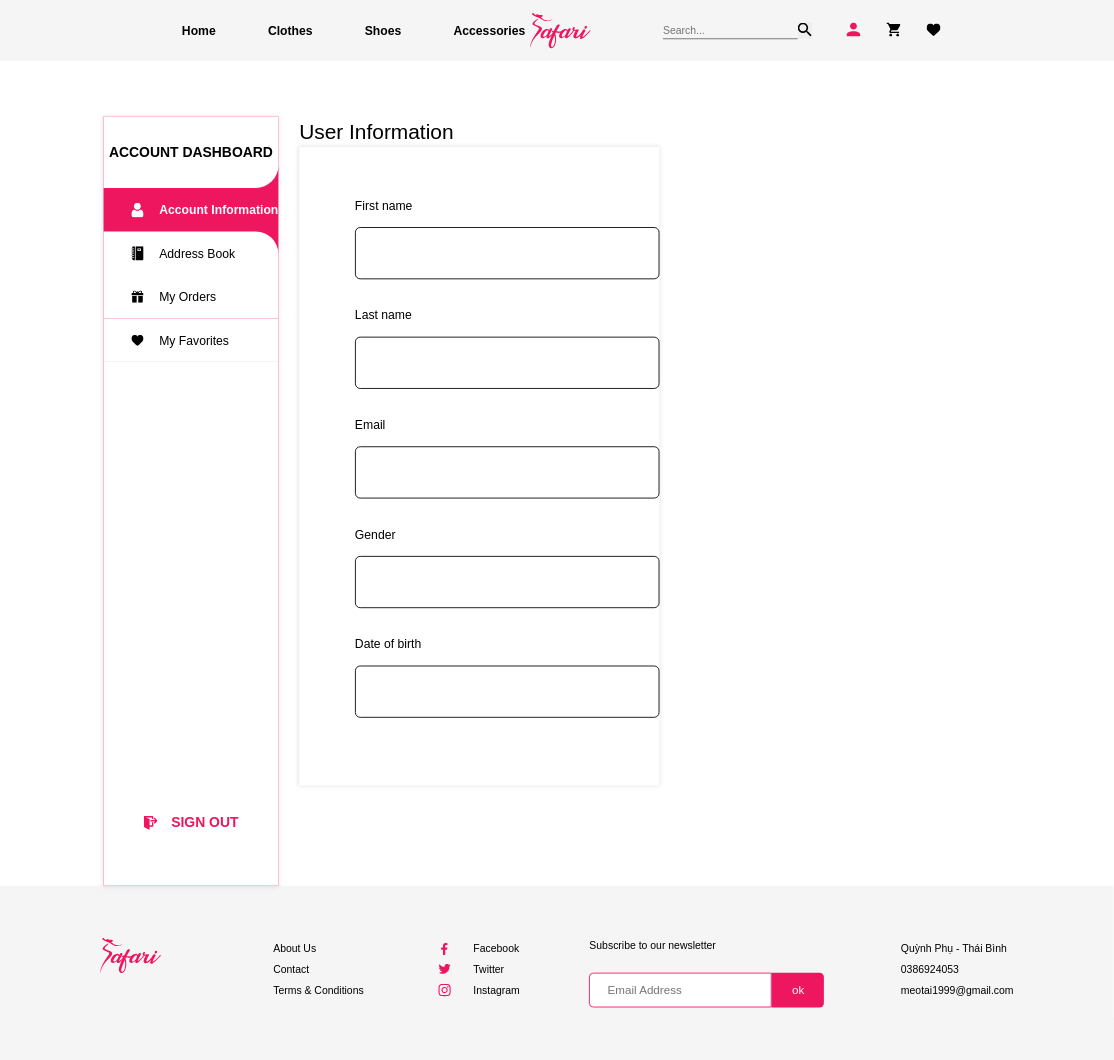
Repository: tboy1999/safari
Page: views/user.html
An editor plug-in stored every save of this project. The page is shown before and after the next save, followed by the edit.
The browser window is 1280 px wide. The pictures show the whole page, at 87% of full size.
Some web libraries are served in a nearby version. The style sheet was rebuilt from its Sass, Less or Tailwind sources for each picture, by a compiler version that may differ from the author's.

Above is the page before, as saved 2022-04-28 16:05:21.

### views/user.html
<!DOCTYPE html>
<html lang="en">
<head>
  <meta charset="UTF-8">
  <meta http-equiv="X-UA-Compatible" content="IE=edge">
  <meta name="viewport" content="width=device-width, initial-scale=1.0">
  <title>user</title>
  <link rel="shortcut icon" href="./image/logo/Logo.svg" type="image/x-icon">
  <link rel="preconnect" href="https://fonts.googleapis.com">
  <link rel="preconnect" href="https://fonts.gstatic.com" crossorigin>
  <link rel="stylesheet" href="https://cdnjs.cloudflare.com/ajax/libs/font-awesome/6.1.1/css/all.min.css" integrity="sha512-KfkfwYDsLkIlwQp6LFnl8zNdLGxu9YAA1QvwINks4PhcElQSvqcyVLLD9aMhXd13uQjoXtEKNosOWaZqXgel0g==" crossorigin="anonymous" referrerpolicy="no-referrer" />
  <link rel="stylesheet" href="../css/grid.css">
  <link rel="stylesheet" href="../css/user.css">
</head>
<body>
  <header id="header" class="header">
    <div class="container">
      <div class="header__container facenter">
        <ul class="header__list facenter fz14-fw600">
          <li class="header__item"><a href="../index.html" class="header__link">Home</a></li>
          <li class="header__item"><a href="./clothes.html" class="header__link">Clothes</a></li>
          <li class="header__item"><a href="./shoes.html" class="header__link">Shoes</a></li>
          <li class="header__item"><a href="./accessories.html" class="header__link">Accessories</a></li>
        </ul>
        <form class="header__search facenter">
          <input type="text" placeholder="Search..." class="fz12">
          <button type="submit"><img src="../image/header/search.svg" alt=""></button>
        </form>
        <div class="header__feature facenter">
          <a href="#" class="header__feature--active">
            <svg width="16" height="16" viewBox="0 0 16 16" fill="inherit" xmlns="http://www.w3.org/2000/svg">
            <path d="M8 0C9.06087 0 10.0783 0.421427 10.8284 1.17157C11.5786 1.92172 12 2.93913 12 4C12 5.06087 11.5786 6.07828 10.8284 6.82843C10.0783 7.57857 9.06087 8 8 8C6.93913 8 5.92172 7.57857 5.17157 6.82843C4.42143 6.07828 4 5.06087 4 4C4 2.93913 4.42143 1.92172 5.17157 1.17157C5.92172 0.421427 6.93913 0 8 0ZM8 10C12.42 10 16 11.79 16 14V16H0V14C0 11.79 3.58 10 8 10Z"/>
            </svg>
          </a>
          <a href="./cart.html">
            <svg width="16" height="16" viewBox="0 0 16 16" fill="inherit" xmlns="http://www.w3.org/2000/svg">
              <path d="M12.8 12.8C11.912 12.8 11.2 13.512 11.2 14.4C11.2 14.8243 11.3686 15.2313 11.6686 15.5314C11.9687 15.8314 12.3757 16 12.8 16C13.2243 16 13.6313 15.8314 13.9314 15.5314C14.2314 15.2313 14.4 14.8243 14.4 14.4C14.4 13.9757 14.2314 13.5687 13.9314 13.2686C13.6313 12.9686 13.2243 12.8 12.8 12.8ZM0 0V1.6H1.6L4.48 7.672L3.392 9.632C3.272 9.856 3.2 10.12 3.2 10.4C3.2 10.8243 3.36857 11.2313 3.66863 11.5314C3.96869 11.8314 4.37565 12 4.8 12H14.4V10.4H5.136C5.08296 10.4 5.03209 10.3789 4.99458 10.3414C4.95707 10.3039 4.936 10.253 4.936 10.2C4.936 10.16 4.944 10.128 4.96 10.104L5.68 8.8H11.64C12.24 8.8 12.768 8.464 13.04 7.976L15.904 2.8C15.96 2.672 16 2.536 16 2.4C16 2.18783 15.9157 1.98434 15.7657 1.83431C15.6157 1.68429 15.4122 1.6 15.2 1.6H3.368L2.616 0H0ZM4.8 12.8C3.912 12.8 3.2 13.512 3.2 14.4C3.2 14.8243 3.36857 15.2313 3.66863 15.5314C3.96869 15.8314 4.37565 16 4.8 16C5.22435 16 5.63131 15.8314 5.93137 15.5314C6.23143 15.2313 6.4 14.8243 6.4 14.4C6.4 13.9757 6.23143 13.5687 5.93137 13.2686C5.63131 12.9686 5.22435 12.8 4.8 12.8Z"/>
            </svg>
          </a>
          <a href="#">
            <svg width="16" height="15" viewBox="0 0 16 15" fill="inherit"
            xmlns="http://www.w3.org/2000/svg">
              <path d="M14.7307 1.39307C13.9025 0.494751 12.766 0 11.5304 0C10.6068 0 9.76099 0.291992 9.01636 0.867798C8.64062 1.15845 8.30017 1.51404 8 1.92908C7.69995 1.51416 7.35938 1.15845 6.98352 0.867798C6.23901 0.291992 5.39319 0 4.4696 0C3.23401 0 2.09741 0.494751 1.26917 1.39307C0.450806 2.28088 0 3.49377 0 4.80847C0 6.16162 0.504272 7.40027 1.58691 8.70667C2.55542 9.87524 3.94739 11.0615 5.55933 12.4352C6.10974 12.9043 6.73364 13.436 7.38147 14.0024C7.55261 14.1523 7.77222 14.2349 8 14.2349C8.22766 14.2349 8.44739 14.1523 8.61829 14.0027C9.26611 13.4362 9.89038 12.9042 10.441 12.4348C12.0527 11.0614 13.4447 9.87524 14.4132 8.70654C15.4958 7.40027 16 6.16162 16 4.80835C16 3.49377 15.5492 2.28088 14.7307 1.39307Z"/>
            </svg>
          </a>
        </div>
        <div class="header__logo">
          <a href="../index.html"><img src="../image/logo/Logo.svg" alt=""></a>
        </div>
      </div>
    </div>
  </header>

  <main id="user" class="user">
    <div class="container">
      <div class="user__container">
        <div class="row">
          <div class="col xxl-3">
            <div class="user__list flex-column">
              <div class="user__item fz16-fw800 user__item--prev">ACCOUNT DASHBOARD</div>
              <div class="user__item user__tag facenter gap18 fz14 user__item--active">
                <svg width="14" height="17" viewBox="0 0 14 17" fill="inherit" xmlns="http://www.w3.org/2000/svg">
                  <path d="M6.89428 8.08322C8.00476 8.08322 8.96635 7.68493 9.75204 6.89912C10.5377 6.11343 10.936 5.15209 10.936 4.04148C10.936 2.93125 10.5377 1.96979 9.75191 1.18384C8.9661 0.398284 8.00463 0 6.89428 0C5.78366 0 4.82233 0.398284 4.03664 1.18397C3.25095 1.96966 2.85254 2.93112 2.85254 4.04148C2.85254 5.15209 3.25095 6.11356 4.03677 6.89924C4.82258 7.6848 5.78405 8.08322 6.89428 8.08322Z"/>
                  <path d="M13.9661 12.9033C13.9434 12.5764 13.8976 12.2197 13.8301 11.843C13.762 11.4636 13.6743 11.1049 13.5693 10.777C13.4609 10.4381 13.3134 10.1034 13.1311 9.78274C12.9419 9.44988 12.7196 9.16003 12.4702 8.92152C12.2094 8.672 11.8902 8.47139 11.5209 8.32506C11.153 8.17949 10.7452 8.10575 10.3091 8.10575C10.1378 8.10575 9.97209 8.17603 9.65216 8.38433C9.45526 8.51274 9.22494 8.66125 8.96787 8.8255C8.74805 8.96556 8.45026 9.09679 8.08245 9.21559C7.72359 9.33171 7.35924 9.3906 6.99962 9.3906C6.63999 9.3906 6.27576 9.33171 5.91653 9.21559C5.5491 9.09692 5.25131 8.96569 5.03175 8.82563C4.77711 8.66291 4.54666 8.5144 4.34682 8.3842C4.02727 8.17591 3.86148 8.10562 3.69018 8.10562C3.25387 8.10562 2.84624 8.17949 2.47843 8.32518C2.10946 8.47126 1.79004 8.67187 1.529 8.92165C1.27973 9.16029 1.05736 9.45001 0.868391 9.78274C0.686212 10.1034 0.538727 10.438 0.430163 10.7771C0.32531 11.105 0.237614 11.4636 0.169505 11.843C0.102036 12.2192 0.0562028 12.576 0.0335425 12.9037C0.0112662 13.2248 0 13.5581 0 13.8946C0 14.7706 0.278453 15.4797 0.827551 16.0027C1.36986 16.5188 2.08744 16.7806 2.96006 16.7806H11.0399C11.9126 16.7806 12.6299 16.5189 13.1723 16.0027C13.7215 15.4801 14 14.7708 14 13.8945C13.9999 13.5564 13.9885 13.2229 13.9661 12.9033Z"/>
                  </svg>

                Account Information
              </div>
              <div class="user__item user__tag facenter gap18 fz14 user__item--next">
                <svg width="14" height="17" viewBox="0 0 14 17" fill="inherit" xmlns="http://www.w3.org/2000/svg">
                  <path d="M1.00448 5.0538H0.470852C0.210816 5.0538 0 5.26462 0 5.52465C0 5.78469 0.210816 5.99551 0.470852 5.99551H1.00448V5.0538Z"/>
                  <path d="M1.00448 12.5874H0.470852C0.210816 12.5874 0 12.7982 0 13.0583C0 13.3183 0.210816 13.5291 0.470852 13.5291H1.00448V12.5874Z"/>
                  <path d="M1.00448 10.0762H0.470852C0.210816 10.0762 0 10.287 0 10.5471C0 10.8071 0.210816 11.0179 0.470852 11.0179H1.00448V10.0762Z"/>
                  <path d="M1.00448 7.56503H0.470852C0.210816 7.56503 0 7.77585 0 8.03588C0 8.29592 0.210816 8.50674 0.470852 8.50674H1.00448V7.56503Z"/>
                  <path d="M1.00448 2.5426H0.470852C0.210816 2.5426 0 2.75342 0 3.01345C0 3.27349 0.210816 3.48431 0.470852 3.48431H1.00448V2.5426Z"/>
                  <path d="M4.01834 0H2.41744C1.63856 0 1.00488 0.633673 1.00488 1.41256V2.5426H2.48022C2.74025 2.5426 2.95107 2.75342 2.95107 3.01345C2.95107 3.27349 2.74025 3.4843 2.48022 3.4843C2.05168 3.4843 1.466 3.4843 1.00488 3.4843V5.05381H2.48022C2.74025 5.05381 2.95107 5.26463 2.95107 5.52466C2.95107 5.7847 2.74025 5.99552 2.48022 5.99552C1.71562 5.99552 2.16255 5.99552 1.00488 5.99552V7.56502H2.48022C2.74025 7.56502 2.95107 7.77584 2.95107 8.03587C2.95107 8.29591 2.74025 8.50673 2.48022 8.50673C2.05168 8.50673 1.466 8.50673 1.00488 8.50673V10.0762H2.48022C2.74025 10.0762 2.95107 10.287 2.95107 10.5471C2.95107 10.8071 2.74025 11.0179 2.48022 11.0179C1.71562 11.0179 2.16255 11.0179 1.00488 11.0179V12.5874H2.48022C2.74025 12.5874 2.95107 12.7983 2.95107 13.0583C2.95107 13.3183 2.74025 13.5291 2.48022 13.5291C2.05168 13.5291 1.466 13.5291 1.00488 13.5291V14.6592C1.00488 15.4381 1.63856 16.0717 2.41744 16.0717H4.01834V0Z"/>
                  <path d="M7.94141 3.48431H10.0759V4.55158H7.94141V3.48431Z"/>
                  <path d="M12.5878 0H4.95996V16.0717H12.5878C13.3666 16.0717 14.0003 15.4381 14.0003 14.6592V1.41256C14.0003 0.633673 13.3666 0 12.5878 0ZM11.0183 5.02242C11.0183 5.28246 10.8074 5.49327 10.5474 5.49327H7.47117C7.21114 5.49327 7.00032 5.28246 7.00032 5.02242V3.01345C7.00032 2.75342 7.21114 2.5426 7.47117 2.5426H10.5474C10.8074 2.5426 11.0183 2.75342 11.0183 3.01345V5.02242Z"/>
                  </svg>

                Address Book
              </div>
              <div class="user__item user__tag facenter gap18 fz14">
                <svg width="14" height="14" viewBox="0 0 14 14" fill="inherit" xmlns="http://www.w3.org/2000/svg">
                  <path d="M13.0869 2.71463H12.0679C12.2023 2.5019 12.291 2.2631 12.3163 2.01056C12.3971 1.20345 11.972 0.479938 11.2484 0.159169C10.5832 -0.135678 9.83572 -0.0151468 9.29746 0.473048L8.01066 1.63926C7.76006 1.36516 7.39981 1.1929 6.99999 1.1929C6.59946 1.1929 6.23863 1.36571 5.98797 1.64065L4.69953 0.472911C4.1604 -0.0152835 3.4132 -0.13535 2.74834 0.159333C2.02488 0.48013 1.59974 1.20389 1.68079 2.01097C1.70614 2.26332 1.79479 2.502 1.92918 2.71463H0.913033C0.408761 2.71463 0 3.12342 0 3.62766V4.99723C0 5.24934 0.204394 5.45376 0.45653 5.45376H13.5435C13.7956 5.45376 14 5.24936 14 4.99723V3.62766C14 3.12342 13.5912 2.71463 13.0869 2.71463ZM5.63042 2.56246V2.71463H3.48277C2.91533 2.71463 2.46875 2.18564 2.61048 1.59485C2.6729 1.33467 2.8607 1.11289 3.10359 1.00062C3.43713 0.846453 3.8066 0.895945 4.08673 1.1495L5.63081 2.54901C5.63072 2.55352 5.63042 2.55795 5.63042 2.56246ZM11.4104 1.88934C11.3763 2.36384 10.9477 2.71468 10.472 2.71468H8.36955V2.56252C8.36955 2.55713 8.36922 2.5518 8.36917 2.54641C8.71895 2.22933 9.47776 1.54158 9.88931 1.16853C10.1232 0.956539 10.4505 0.857582 10.753 0.947816C11.1872 1.07732 11.4421 1.44651 11.4104 1.88934Z"/>
                  <path d="M0.913086 6.36679V13.0624C0.913086 13.5667 1.32185 13.9755 1.82612 13.9755H6.08698V6.36679H0.913086Z"/>
                  <path d="M7.91309 6.36679V13.9755H12.1739C12.6782 13.9755 13.087 13.5667 13.087 13.0624V6.36679H7.91309Z"/>
                  </svg>

                My Orders
              </div>
              <div class="user__item user__tag facenter gap18 fz14">
                <svg width="14" height="13" viewBox="0 0 14 13" fill="inherit" xmlns="http://www.w3.org/2000/svg">
                  <path d="M12.8894 1.21893C12.1647 0.432907 11.1702 0 10.0891 0C9.28096 0 8.54086 0.255493 7.88931 0.759323C7.56055 1.01364 7.26265 1.32478 7 1.68794C6.73746 1.32489 6.43945 1.01364 6.11058 0.759323C5.45914 0.255493 4.71904 0 3.9109 0C2.82976 0 1.83524 0.432907 1.11052 1.21893C0.394455 1.99577 0 3.05705 0 4.20741C0 5.39142 0.441238 6.47523 1.38855 7.61833C2.23599 8.64084 3.45396 9.67883 4.86441 10.8808C5.34602 11.2913 5.89194 11.7565 6.45879 12.2521C6.60854 12.3833 6.80069 12.4555 7 12.4555C7.1992 12.4555 7.39146 12.3833 7.541 12.2523C8.10785 11.7566 8.65408 11.2912 9.13591 10.8805C10.5461 9.67873 11.7641 8.64084 12.6116 7.61823C13.5589 6.47523 14 5.39142 14 4.20731C14 3.05705 13.6055 1.99577 12.8894 1.21893Z"/>
                  </svg>
                My Favorites
              </div>
              <div class="user__item fz16"><img src="../image/user/checkout.svg" alt="">SIGN OUT</div>
            </div>
          </div>
          <div class="col xxl-9">
            <form action="">
              <h3 class="fz24">User Information</h3>
              <div class="form__account-infomation flex-column">
                <label for="first-name">First name</label>
                <input type="text" id="first-name">
                <label for="last-name">Last name</label>
                <input type="text" id="last-name">
                <label for="email">Email</label>
                <input type="text" id="email">
                <label for="create-password">Gender</label>
                <input type="text" id="create-password">
                <label for="confirm-password">Date of birth</label>
                <input type="text" id="confirm-password">
              </div>
            </form>
          </div>
        </div>
      </div>
    </div>
  </main>

  <footer class="footer">
    <div class="container">
      <div class="footer__container d-flex fz12">
        <div class="footer__logo">
          <a href="../index.html"><img src="../image/logo/Logo.svg" alt=""></a>
        </div>
        <div class="footer__body d-flex gap80">
          <ul class="footer__pages">
            <li class="footer__item fz12"><a href="#">About Us</a></li>
            <li class="footer__item fz12"><a href="#">Contact</a></li>
            <li class="footer__item fz12"><a href="#">Terms & Conditions</a></li>
          </ul>
          <ul class="footer__networks">
            <li class="footer__item facenter gap20">
              <div class="footer__icon flex-center">
                <a href="#" class="facenter"><img src="../image/footer/fb.svg" alt=""></a>
              </div>
              <p><a href="#">Facebook</a></p>
            </li>
            <li class="footer__item facenter gap20">
              <div class="footer__icon flex-center">
                <a href="#" class="facenter"><img src="../image/footer/twitter.svg" alt=""></a>
              </div>
              <p><a href="#">Twitter</a></p>
            </li>
            <li class="footer__item facenter gap20">
              <div class="footer__icon flex-center">
                <a href="#" class="facenter"><img src="../image/footer/instagram.svg" alt=""></a>
              </div>
              <p><a href="#">Instagram</a></p>
            </li>
          </ul>
          <div class="footer__input">
            <p>Subscribe to our newsletter</p>
            <form action="" class="facenter footer__form">
              <input type="text" placeholder="Email Address">
              <button type="submit">ok</button>
            </form>
          </div>
        </div>
        <div class="footer__info">
          <p>Quỳnh Phụ - Thái Bình</p>
          <p>0386924053</p>
          <p>meotai1999@gmail.com</p>
        </div>
      </div>
    </div>
  </footer>

  <script src="../js/user.js"></script>
</body>
</html>

### scss/user.scss
@import 'reset';
@import 'variable';
@import 'global';
@import 'alike';
@import 'header';
@import 'footer';

.user {
  margin-top: 134px;
  &__container {
    margin: 0 64px;
  }
  &__list {
    height: 884px;
    box-shadow: 0px 0px 5px 1px rgba(0, 0, 0, 0.1);
    background-color: $primary-color;
  }
  &__item {
    background-color: #fff;
    &.user__item--prev {
      border-radius: 0 0 26px 0;
    }
    &.user__item--next {
      border-radius: 0 26px 0 0;
    }
    &.user__item--active {
      background-color: transparent;
      color: #fff;
      fill: #fff;
      font-weight: 800;
    }
  }
  &__item:first-child {
    padding: 32px 0;
    text-align: center;
  }
  &__item:not(:first-child,:last-child) {
    padding: 16px 0 16px 32px ;
    cursor: pointer;
  }
  &__item:last-child {
    flex: 1;
    padding-bottom: 64px;
    display: flex;
    align-items: end;
    justify-content: center;
    gap: 16px;
    color: $primary-color;
    cursor: pointer;
  }
  .form__account-infomation {
    padding: 58px 0 46px 64px;
    background: #FFFFFF;
    box-shadow: 0px 0px 5px 1px rgba(0, 0, 0, 0.1);
    input {
      max-width: 350px;
      height: 60px;
      margin-bottom: 32px;
      border-radius: 6px;
      padding-left: 20px;
      font-size: 30px;
      border: 1px solid #000000;
    }
    label {
      font-weight: 400;
      font-size: 1.4rem;
      line-height: calc(18/14);
      margin-bottom: 16px;
    }
  }
}

### scss/_reset.scss
* {
  padding: 0;
  margin: 0;
  box-sizing: border-box;
}

html:focus-within {
  scroll-behavior: smooth;
}

a,
button {
  display: block;
  outline: none;
  border: none;
  text-decoration: none;
  color: inherit;
  cursor: pointer;
}

input {
  outline: none;
}

ul {
  list-style-type: none;
}

// img {
//   width: 100%;
//   height: 100%;
//   object-fit: cover;
// }

### scss/_variable.scss
$text-color: #686868;
$primary-color: #ED165F;

$header-background-color: #F5F5F5;
$footer-background-color: #F5F5F5;

### scss/_global.scss
html {
  font-size: 10px;
  line-height: 1;
  scroll-behavior: smooth !important;
}

body {
  font-family: 'Mulish', sans-serif;
}

body .auto-top {
  display: none;
  position: fixed;
  right: 50px;
  top: 50%;
  width: 60px;
  height: 50px;
  border: 1px solid #000000;
  border-radius: 5px;
  animation: autoTop 2s ease-in-out;
  animation-iteration-count: infinite;
}
@keyframes autoTop {
  from {
    transform: translateY(0)
  }
  to {
    transform: translateY(-20px)
  }
}

.facenter {
  display: flex;
  align-items: center;
}

.facb {
  display:flex;
  justify-content: space-between;
  align-items: center;
}

.flex-center {
  display: flex;
  justify-content: center;
  align-items: center;
}

.d-flex {
  display: flex;
  flex-wrap: wrap;
}

.flex-column {
  display: flex;
  flex-direction: column;
}

.gap64 {
  gap: 64px
}

.gap80 {
  gap: 0 80px
}

.gap32 {
  gap: 32px
}

.gap20 {
  gap: 0 20px
}

.gap18 {
  gap: 18px;
}

.gap16 {
  gap: 16px
}
.gap8 {
  gap: 8px
}

### scss/_alike.scss
.fz40 {
  font-weight: 700;
  font-size: 4rem;
  line-height: calc(24/40);
}

.fz30 {
  font-weight: 600;
  font-size: 30px;
}


.fz24 {
  font-weight: 400;
  font-size: 2.4rem;
  line-height: calc(35/24);
  &-fw600 {
    font-weight: 600;
    font-size: 2.4rem;
    line-height: calc(35/24);
  }
  &-fw800 {
    font-weight: 800;
    font-size: 2.4rem;
    line-height: calc(35/24);
  }
}

.fz20 {
  font-weight: 400;
  font-size: 2rem;
  line-height: calc(23/20);
  &-fw800 {
    font-weight: 800;
    font-size: 2rem;
    line-height: calc(23/20);
  }
  &-fw600 {
    font-weight: 600;
    font-size: 2rem;
    line-height: calc(23/20);
  }
}

.fz18 {
  font-weight: 800;
  font-size: 1.8rem;
  line-height: calc(24/18);
}

.fz16 {
  font-weight: 600;
  font-size: 1.6rem;
  line-height: calc(18/16);
  color: $text-color;
  &-fw800 {
    font-weight: 800;
    font-size: 1.6rem;
    line-height: calc(18/16);
  }
}

.fz14 {
  font-weight: 400;
  font-size: 1.4rem;
  line-height: calc(18/14);
  &-fw600 {
    font-weight: 600;
    font-size: 1.4rem;
    line-height: calc(18/14);
  }
}

.fz12 {
  font-weight: 400;
  font-size: 1.2rem;
  line-height: calc(18/12);
}

.fz10 {
  font-weight: 700;
  font-size: 1rem;
  line-height: calc(18/10);
}

### scss/_header.scss
.header {
  position: fixed;
  top: 0;
  left: 0;
  right: 0;
  z-index: 99999;
  background-color: $header-background-color;
  &__container {
    height: 70px;
    padding: 0 144px;
  }
  &__list {
    gap: 0 40px;
    flex: 1
  }
  &__search {
    input {
      border:none;
      border-bottom: 1px solid rgba(0, 0, 0, 0.5);
      color: rgba(0, 0, 0, 0.5);
      background-color: inherit;
    }
  }
  &__link {
    padding: 6px 10px;
    transition: all 0.2s linear;
    position: relative;
    &::after {
      content: "";
      position: absolute;
      width: 0;
      left: auto;
      right: 0;
      bottom: 0;
      height: 1px;
      transition: all 0.2s linear;
      background-color: red;
    }
    &:hover {
      color: $primary-color;
      &::after {
        width: 100%;
        right: auto;
        left: 0
      }
    }
    &.header__item--active {
      color: $primary-color;
      font-weight: 800;
      &::after {
        width: 100%;
      }
    }
  }
  &__feature {
    gap: 0 30px;
    margin-left: 40px;
    .header__feature--active {
      fill: $primary-color;
    }
  }
  &__logo {
    position: absolute;
    left: 47.57%;
    right: 47.57%;
    top: 21.43%;
    bottom: 20.93%;
  }
}

### scss/_footer.scss
.footer {
  background-color: $footer-background-color;
  &__container {
    padding: 60px;
  }
  &__pages {
    margin-left: 129px;
    a {
      padding: 3px 0;
    }
  }
  &__networks {
    a {
      padding: 3px 0
    }
  }
  &__icon {
    width: 26px
  }
  &__body {
    flex: 1
  }
  &__form {
    margin-top: 22px;
    width: 270px;
    height: 40px;
    border-radius: 5px;
    input {
      border: 1px solid $primary-color;
      padding: 0 0 0 20px;
      height: inherit;
      flex: 1;
      border-top-left-radius: 5px;
      border-bottom-left-radius: 5px;
    }
    button {
      width: 60px;
      height: inherit;
      background-color: $primary-color;
      color: #fff;
      border-top-right-radius: 5px;
      border-bottom-right-radius: 5px;
    }
  }
  &__info {
    p {
      padding: 3px 0
    }
  }
}

Loaded but not shown: js/user.js (16 lines, source omitted); css/grid.css (721 lines, source omitted)

After the next save:
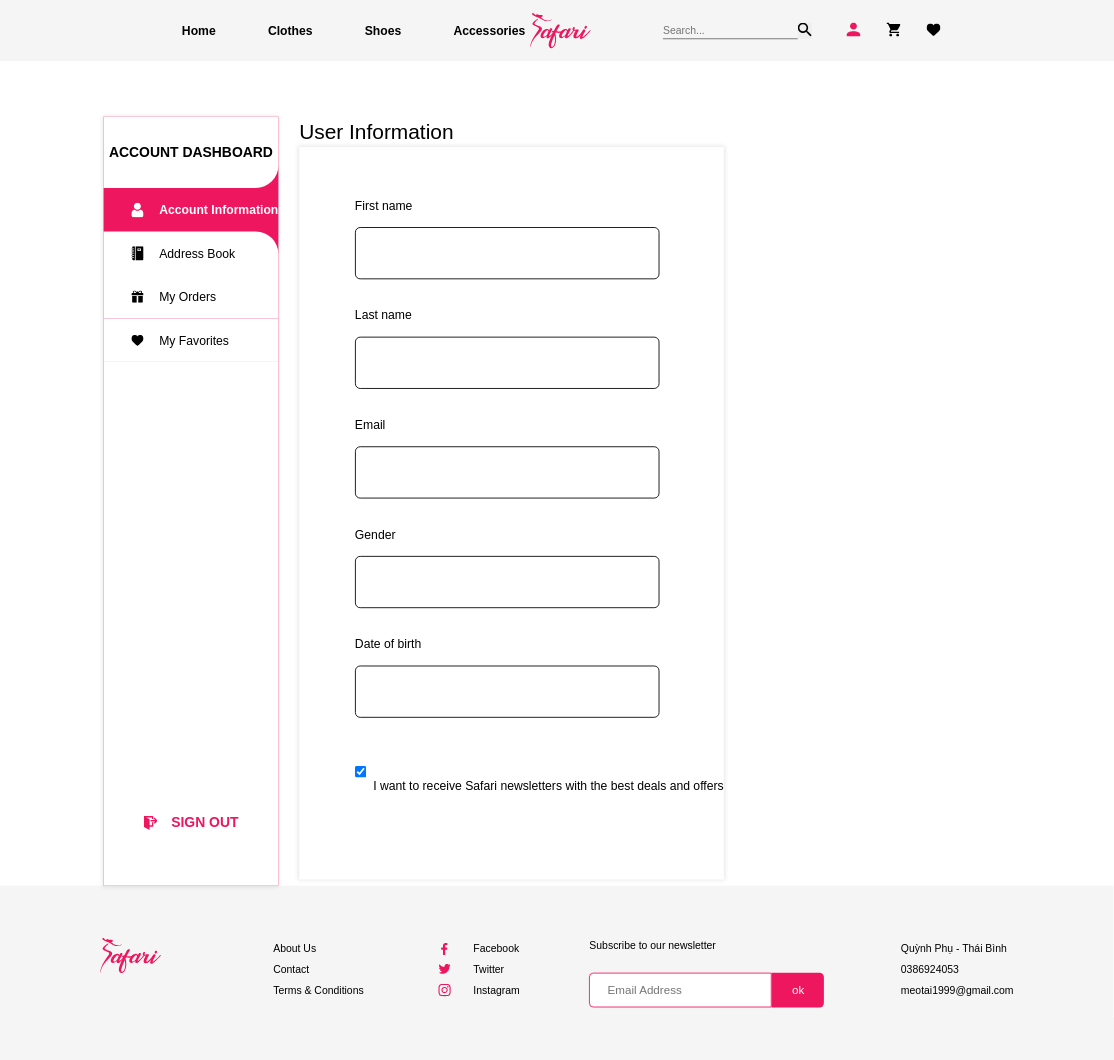
Saved 4 min 12 s later.
--- a/views/user.html
+++ b/views/user.html
@@ -112,6 +112,10 @@
                 <input type="text" id="create-password">
                 <label for="confirm-password">Date of birth</label>
                 <input type="text" id="confirm-password">
+                <label class="facenter gap8">
+                  <input type="checkbox" checked="checked">
+                  I want to receive Safari newsletters with the best deals and offers
+                </label>
               </div>
             </form>
           </div>
